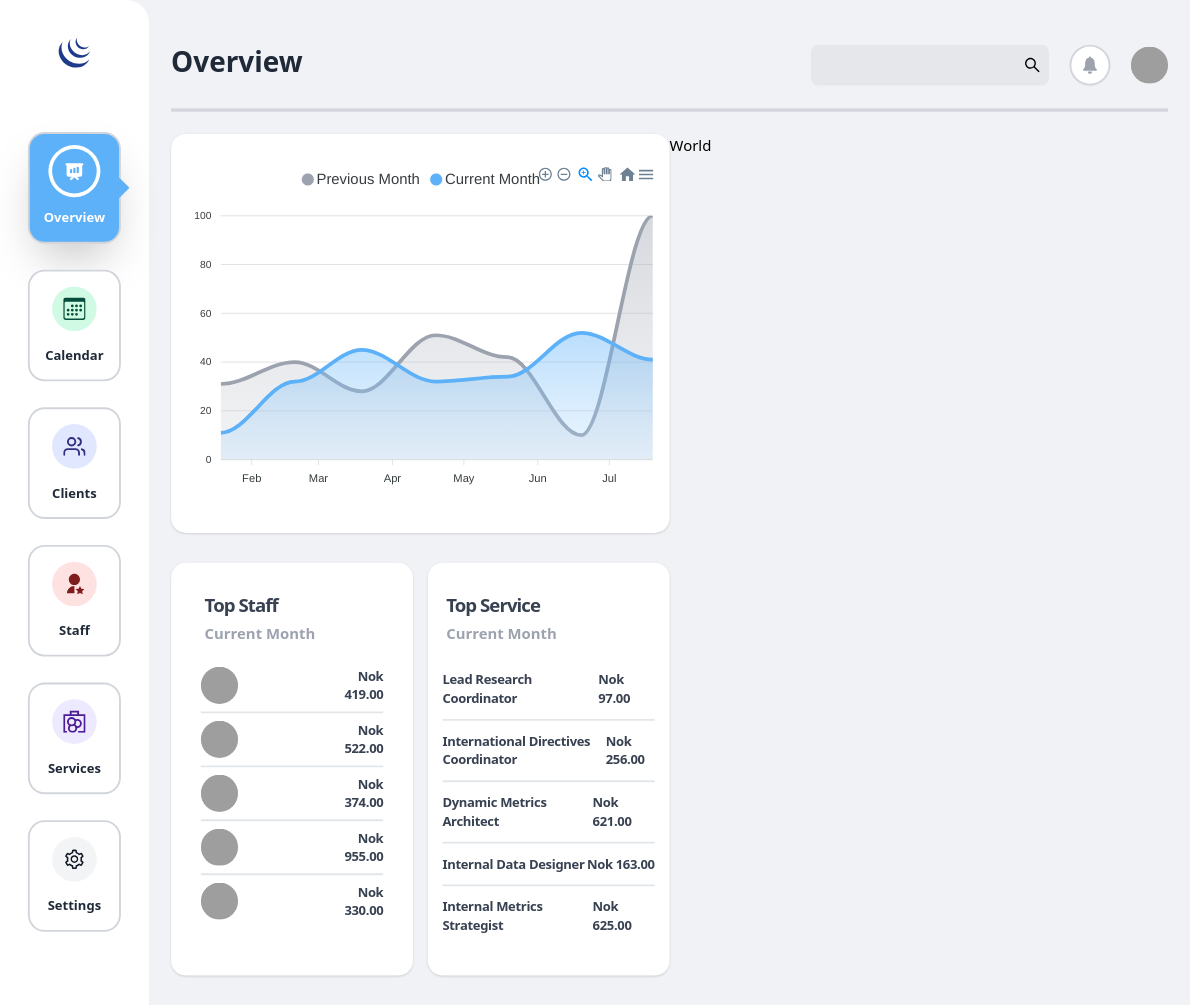
Repository: coolronts/dashboard
Page: /
These files come from the project's save history. The page is drawn as it stood at one moment and after the next save; the edit follows.
The browser window is 1280 px wide. The pictures show the whole page, at 93% of full size.
Pictures or frames that could not be fetched are drawn as grey boxes. The project was rebuilt for these pictures with package versions that can differ from the ones it lists, and the page was loaded fresh each time. Also part of the build but not shown: craco.config.js.

Above is the page before, as saved 2021-11-28 04:55:29.

### src/index.tsx
import './index.css';

import App from './App';
import React from 'react';
import ReactDOM from 'react-dom';

ReactDOM.render(
  <React.StrictMode>
    <App />
  </React.StrictMode>,
  document.getElementById('root')
);

### src/App.tsx
import './App.css';

import Home from './Pages/Home'

function App() {
  return (
    <div className="App">
      <Home/>
    </div>
  );
}

export default App;

### src/App.css
* {
    margin: 0;
    padding: 0;
}

.App {
    background-color: #F0F2F5;
}

### src/Pages/Home/index.tsx
import AppointmentActivity from '../../Units/AppointmentActivity'
import LeftDrawer from '../../Units/LeftDrawer'
import SectionHeader from '../../Units/SectionHeader'
import SplitScreen from '../../Components/SplitScreen'
import TopService from '../../Units/TopService'
import TopStaff from '../../Units/TopStaff'

const Home: React.FC = () => {
  const styles = {
    leftDrawer: 'bg-white px-8 rounded-tr-3xl py-8',
  }
  return (
    <div className="flex">
      <div className={styles.leftDrawer}>
        <LeftDrawer/>
      </div>
      <div className="flex-1 mx-6 mt-12">
        <SectionHeader />
        <hr className="bg-gray-300 h-1 my-6" />
        <SplitScreen leftWeight="w-1/2" rightWeight="w-1/2" >
          <div>
            <AppointmentActivity />
            <div className="w-full flex justify-between my-8">
              <TopStaff />
              <div className="w-4"/>
              <TopService />
            </div>
          </div>
          <div>World</div>
        </SplitScreen>
      </div>
    </div>
  )
}

export default Home

### src/Units/AppointmentActivity/index.tsx
import Card from '../../Components/Card'
import MultiLine from '../../Components/Charts/MultiLine'

const AppointmentActivity: React.FC = () => {
  return (
    <div>
      <Card
        Element={
          <MultiLine />
        }
      />

    </div>
  )
}

export default AppointmentActivity

### src/Units/LeftDrawer/index.tsx
import { Calendar, Clients, Overview, Services, Settings, Staff } from '../../Components/Icons'

import {CompanyLogo} from '../../Components/Icons'
import Logo from '../../Components/Logo'

const LeftDrawer: React.FC = () => {
  const styles = {
    CompanyLogo: "text-5xl text-blue-900 w-full mb-12",
    menu: "flex flex-col justify-between bg-blue.primary"
  }
  const icons = [
    { Icon: <Overview />, name: 'overview', color: 'blue', active: true },
    { Icon: <Calendar />, name: 'calendar', color: 'green', active: false },
    { Icon: <Clients />, name: 'clients', color: 'indigo', active: false  },
    { Icon: <Staff />, name: 'staff', color: 'red', active: false  },
    { Icon: <Services />, name: 'services', color: 'purple', active: false  },
    { Icon: <Settings />, name: 'settings', color: 'gray', active: false  },
  ]

  return (
    <div className="m-auto">
      <CompanyLogo className={styles.CompanyLogo}/>
      <div className={styles.menu}>
        {icons.map((icon, index) =>  <Logo Icon={icon.Icon} name={icon.name} color={icon.color} key={index} active={icon.active} />)}
      </div>
    </div>
  )

}

export default LeftDrawer

### src/Units/SectionHeader/index.tsx
import Avatar from '../../Components/Avatar'
import {Notification} from '../../Components/Buttons'
import {Notifications} from '../../Components/Icons'
import TextBox from '../../Components/TextBox'

const SectionHeader: React.FC = () => {
  const styles = {
    heading: "text-3xl text-gray-800 font-bold",
    body: "flex justify-between",
    leftComponent: "flex items-center justify-around"
  }
  return (
    <div className={styles.body}>
      <h1 className={styles.heading}>Overview</h1>
      <div className={styles.leftComponent}>
        <TextBox />
        <Notification Icon={<Notifications />} />
        <Avatar />
      </div>
    </div>
  )
}

export default SectionHeader

### src/Components/SplitScreen/index.tsx
import tw from "tailwind-styled-components"

interface SplitScreenProps {
  children: React.ReactNode[];
  containerWeight?: string;
  leftWeight?: string;
  rightWeight?: string;
}
const SplitScreen: React.FC<SplitScreenProps> = ({
	children,
	containerWeight = 'flex w-full',
  leftWeight = 'w-1/2',
	rightWeight = 'w-full',
}) => {
  const Container = tw.div``;
  const Pane = tw.div``;

	const [left, right] = children;
	return (
		<Container className={containerWeight}>
			<Pane className={leftWeight}>
				{left}
			</Pane>
			<Pane className={rightWeight}>
				{right}
			</Pane>
		</Container>
	);
}

export default SplitScreen

### src/Units/TopService/index.tsx
import { useEffect, useState } from 'react'

import Card from '../../Components/Card'
import createRandomData from '../../api/TopService'

interface dataProps {
  position: string,
  price: number
}
const TopService: React.FC = () => {
  const [data, setData] = useState<dataProps[]>([])
  const styles = {
    table: `bg-white w-full divide-solid divide-y-2 divide-opacity-60 divide-gray-300 text-gray-700`,
    row: `flex py-3 text-sm items-center font-semibold font-sans tracking-tight py-2 justify-between`
  }

  if (data.length === 0) {
    createRandomData(5)
      .then(response => setData(response))
  }
  useEffect(() => { }, [data])

  return (
    <Card size="sm" Element={
      <div className="px-2">
        <div className="px-1 mb-4 font-semibold font-sans capitalize">
          <p className="tracking-tighter text-xl text-gray-700">Top Service</p>
          <p className="text-md text-gray-400 pt-1">Current month</p>
        </div>
        <div className={styles.table}>
          {data.map((item, i) => (
            <div className={styles.row} key={i}>
                <p>{item.position}</p>
                <p>Nok {item.price}</p>
            </div>
          ))}
        </div>
      </div>
    }/>
  )
}

export default TopService

### src/Units/TopStaff/index.tsx
import Avatar from '../../Components/Avatar'
import Card from '../../Components/Card'
import createRandomData from '../../api/TopStaff'
import {useState} from 'react'

interface dataProps {
  avatar: string,
  name: string,
  price: number
}
const TopStaff: React.FC = () => {
  const [data, setData] = useState<dataProps[]>([])
  if (data.length === 0) {
    createRandomData(5)
    .then(response => setData(response))
  }

  const styles = {
    table: `bg-white w-full divide-solid divide-y-2 divide-opacity-60 divide-gray-300 text-gray-700`,
    row: `flex text-sm items-center font-semibold font-sans tracking-tight py-2`
  }
  return (
    <Card size="sm" Element={
      <div className="px-6">
        <div className="px-1 mb-4 font-semibold font-sans capitalize">
          <p className="tracking-tighter text-xl text-gray-700">Top Staff</p>
          <p className="text-md text-gray-400 pt-1">Current month</p>
        </div>
        <div className={styles.table}>
          {data.map((item, i) => (
            <div className={styles.row} key={i}>
              <div className="w-2/3 flex items-center">
                <Avatar img={item.avatar}/>
                <p className="ml-2">{item.name}</p>
              </div>
              <div className="w-1/3 text-right">
                <p className="">Nok {item.price}</p>
              </div>
            </div>
          ))}
        </div>
      </div>
    } />
  )
}

export default TopStaff

### src/Components/Card/index.tsx
import { ReactNode } from "react"

interface CardProps {
  size?: string;
  Element: ReactNode
}

const Card: React.FC<CardProps> = ({ size, Element}) => {
  const styles = {
    body: `bg-white px-2 py-8 rounded-2xl shadow ${size==='sm' ? 'w-3/6': 'w-full'}` ,
  }
  return (
    <div className={styles.body}>
      {Element}
    </div>
  )
}

export default Card

### src/Components/Charts/MultiLine/index.jsx
import ReactApexChart from "react-apexcharts";

const series = [
  {
    name: 'Previous Month',
    data: [31, 40, 28, 51, 42, 10, 100]
  }, {
    name: 'Current Month',
    data: [11, 32, 45, 32, 34, 52, 41]
  }
]


const options = {
    colors: ['#9CA3AF', '#5DB1F8'],
    chart: {
      height: 350,
      type: 'area'
     },
     legend: {
       position: 'top',
       fontSize: '16px',
       offset: 0
     },
    dataLabels: {
      enabled: false
    },
    stroke: {
      curve: 'smooth'
    },
    xaxis: {
      type: 'datetime',
      labels: {
        format: 'MMM',
      },
      categories: ["2018-01-19T00:00:00.000Z", "2018-02-19T01:30:00.000Z", "2018-03-19T02:30:00.000Z", "2018-04-19T03:30:00.000Z", "2018-05-19T04:30:00.000Z", "2018-06-19T05:30:00.000Z", "2018-07-19T06:30:00.000Z"]
    },
    tooltip: {
      x: {
        format: 'MMM'
      },
    },
  }

const MultiLine = () => {
  return (
    <div id="chart">
      <ReactApexChart options={options} series={series} type="area" height={350} />
    </div>

  )
}

export default MultiLine

### src/Components/Icons/index.tsx
import {AiOutlineSearch} from 'react-icons/ai'
import {AiOutlineSetting} from 'react-icons/ai'
import {BsCalendar3} from 'react-icons/bs'
import {DiJqueryLogo} from 'react-icons/di'
import {FiUsers} from 'react-icons/fi'
import {GrBusinessService} from 'react-icons/gr'
import { HiPresentationChartBar } from 'react-icons/hi'
import {ImArrowRight} from 'react-icons/im'
import {IoIosNotifications} from 'react-icons/io'
import { RiUserStarFill } from 'react-icons/ri'

export {
  HiPresentationChartBar as Overview,
  BsCalendar3 as Calendar,
  FiUsers as Clients,
  RiUserStarFill as Staff,
  GrBusinessService as Services,
  AiOutlineSetting as Settings,
  ImArrowRight as ArrowRight,
  DiJqueryLogo as CompanyLogo,
  AiOutlineSearch as Search,
  IoIosNotifications as Notifications
}

### src/Components/Logo/index.tsx
import {ArrowRight} from '../Icons'
import React from 'react';

interface IconProps {
  Icon: React.ReactNode;
  name: string,
  color: string,
  active?: boolean
}


const Logo: React.FC<IconProps> = ({ Icon, name, color, active=false }) => {

  const styles = {
    body:`relative group my-4 text-2xl px-12 py-4 bg-white ring-2 ring-gray-300 w-20 rounded-2xl flex flex-col items-center justify-around hover:bg-blue-primary hover:shadow-2xl cursor-pointer ${active ? 'bg-blue-primary shadow-2xl' :'bg-white'}`,
    name: `${active ? 'text-white': 'text-gray-800'} group-hover:text-white capitalize text-sm font-semibold mt-4`,
    icon: `${active ? 'bg-blue-primary text-white': `bg-${color}-100 text-${color}-900`} rounded-full p-3 group-hover:bg-blue-primary group-hover:text-white ring-4 ring-white`,
    arrowRight: `${active?'text-blue-primary': 'text-transparent'} absolute -right-3 text-transparent`
  }
  return (
    <div className={styles.body}>
      <div className={styles.icon}> {Icon} </div>
      <p className={styles.name}> {name} </p>
      <ArrowRight className={styles.arrowRight}/>
    </div>
  )
}

export default Logo

### src/Components/Avatar/index.tsx
interface AvatarProps {
  img?: string;
  radius?: number;
}
const imgLink="https://images.unsplash.com/photo-1472099645785-5658abf4ff4e?ixlib=rb-1.2.1&ixid=eyJhcHBfaWQiOjEyMDd9&auto=format&fit=facearea&facepad=2&w=256&h=256&q=80"

const Avatar: React.FC<AvatarProps> = ({ img = imgLink, radius = 10 }) => {
  console.log(img)
  const styles = {
    avatar:`inline-block h-${radius} w-${radius} rounded-full cursor-pointer`
  }
  return (
    <div>
      <img
        className={styles.avatar}
        src={img}
        alt=""
      />
    </div>
  )
}

export default Avatar

### src/Components/Buttons/index.tsx
interface NotificationProps{
  Icon: React.ReactNode;
}

export const Notification: React.FC<NotificationProps> = ({ Icon }) => {
  const styles = {
    icon: "ring-2 ring-gray-300 text-2xl font-bold p-2 bg-white rounded-full mx-6 shadow text-gray-400 cursor-pointer hover:shadow-2xl"
  }
  return (
    <>
      <div className={styles.icon}>{Icon}</div>
    </>
  )
}

### src/Components/TextBox/index.tsx
import {Search} from '../Icons'

const TextBox: React.FC = () => {
  const styles = {
    body: "relative",
    textBox: "bg-gray-200 w-64 rounded-lg py-3 px-4 font-semibold text-sm focus:ring-2 ring-gray-600 outline-none",
    searchIcon: "absolute right-2 top-3 text-xl"
  }

  return (
    <div className={styles.body}>
      <input className={styles.textBox} type="text" />
      <Search className={styles.searchIcon}/>

    </div>
  )
}

export default TextBox

### src/api/TopService.ts
var faker = require('faker')

const createRandomData = async (n: number) => {
  let data = []
  for (let i = 0; i < n; i++) {
    await data.push({
      position: faker.name.jobTitle(),
      price: faker.commerce.price()
    })
  }
  console.log(data)
  return data
}

export default createRandomData

### src/api/TopStaff.ts
var faker = require('faker')

const createRandomData = async (n: number) => {
  let data = []
  for (let i = 0; i < n; i++) {
    await data.push({
      position: faker.name.jobTitle(),
      price: faker.commerce.price()
    })
  }
  return data
}

export default createRandomData

### tailwind.config.js
module.exports = {
    purge: ["./src/**/*.{js,jsx,ts,tsx}", "./public/index.html"],
    darkMode: false, // or 'media' or 'class'
    theme: {
        extend: {
            colors: {
                blue: {
                    primary: "#5DB1F8",
                    secondary: "#38A3FF",
                    tertiary: "#1D90F3",
                },
            },
        },
    },
    variants: {
        extend: {},
    },
    plugins: [],
};

Loaded but not shown: public/index.html (common file); src/index.css (common file)

After the next save:
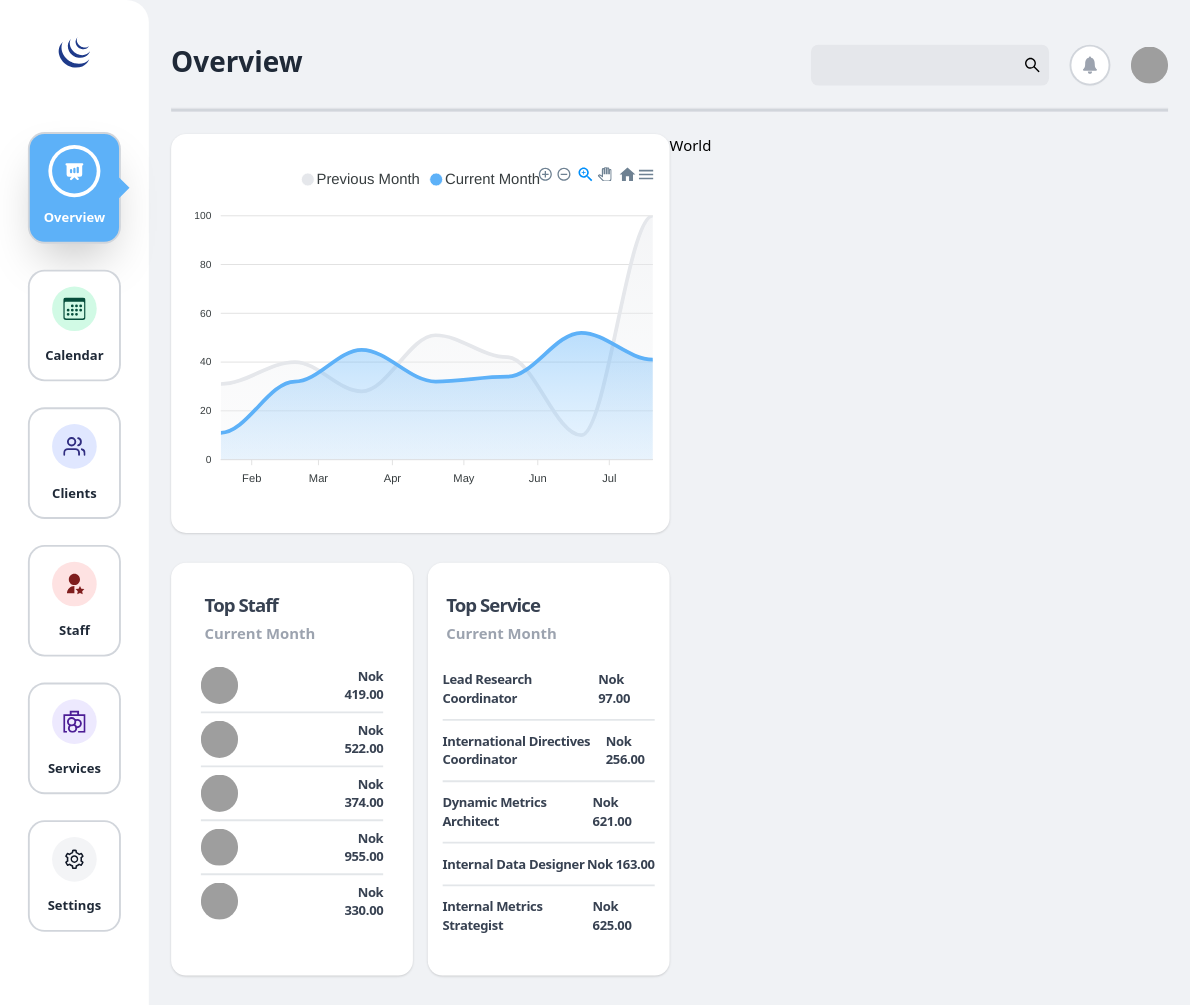
Saved 15 s later.
--- a/src/Components/Charts/MultiLine/index.jsx
+++ b/src/Components/Charts/MultiLine/index.jsx
@@ -12,7 +12,7 @@ const series = [
 
 
 const options = {
-    colors: ['#9CA3AF', '#5DB1F8'],
+    colors: ['#E5E7EB', '#5DB1F8'],
     chart: {
       height: 350,
       type: 'area'
